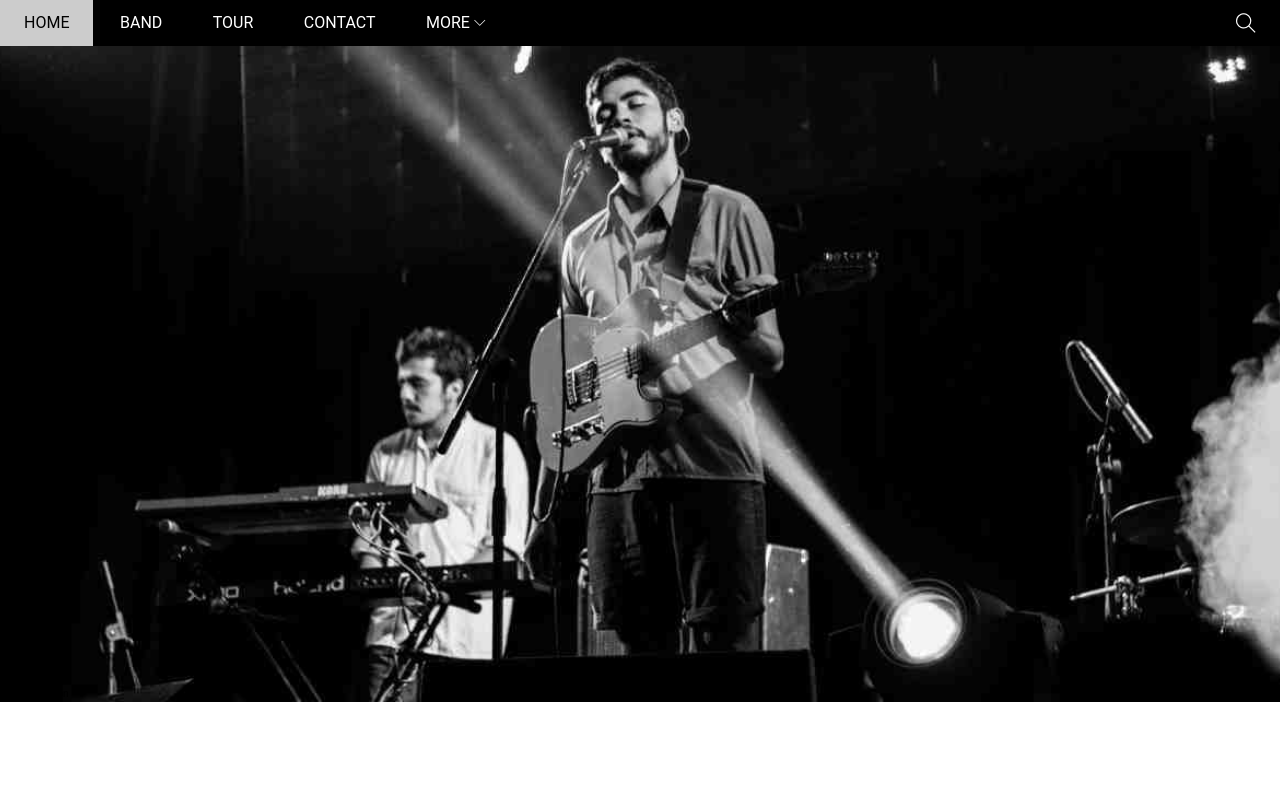
Repository: vuongld315/myLandingPage
Page: index.html
These files come from the project's save history. The page is drawn as it stood at one moment and after the next save; the edit follows.
The browser window is 1280 px wide. The pictures show the whole page.

Above is the page before, as saved 2022-07-22 12:55:31.

### index.html
<!DOCTYPE html>
<html lang="en">
<head>
    <meta charset="UTF-8">
    <meta http-equiv="X-UA-Compatible" content="IE=edge">
    <meta name="viewport" content="width=device-width, initial-scale=1.0">
    <title>Document</title>
    <link rel="stylesheet" href="./assets/css/main.css">
    <link rel="stylesheet" href="./assets/css/base.css">
    <link rel="stylesheet" href="./assets/fonts/themify-icons/themify-icons.css">
</head>
<body>
    <div id="main">
        <div id="header">
            <div id="nav">
                <ul>
                    <li><a href="">Home</a></li>
                    <li><a href="">Band</a></li>
                    <li><a href="">Tour</a></li>
                    <li><a href="">Contact</a></li>
                    <li>
                        <a href="#">
                            More
                            <i class="nav-arrow-down ti-angle-down"></i>
                        </a>
                        <ul class="subnav">
                            <li><a href="">Merchadise</a></li>
                            <li><a href="">Extras</a></li>
                            <li><a href="">Media</a></li>
                        </ul>
                    </li>
                </ul>
            </div>
            <div class="search-btn">
                <i class="search-icon ti-search"></i>
            </div>
        </div>

        <div id="slider">
            <div class="text-content">
                <div class="text-heading"></div>
                .text-desciption
            </div>
        </div>

        <div id="content">

        </div>

        <div id="footer">

        </div>
    </div>
</body>
</html>

### assets/css/main.css
*   {
    box-sizing: inherit;
}

body    {
    padding-bottom:100px ;
}

html    {
    font-size: 62.5%;
    line-height: 1.6rem;
    font-family: 'Roboto', sans-serif;
    box-sizing: border-box;
}

.gird   {
    width: 1200px;
    max-width: 100%;
    margin: 0 auto;
}

.gird__full-width   {
    width: 100%;
}

.gird__row  {
    display: flex;
    flex-wrap: wrap;
}

body    {
    margin: 0;
    padding: 0;
}

#header {
    height: 46px;
    background-color: #000;
    display: flex;
    align-items: center;
    justify-content: space-between;
    position: fixed;
    top: 0;
    right: 0;
    left: 0;
}

#nav ul {
    padding: 0;
}

#nav li {
    display: inline-block;
    position: relative;
}

#nav > ul > li > a   {
    color: #fff;
    text-transform: uppercase;
    padding: 0 24px;
    line-height: 46px;
}

#nav li a   {
    text-decoration: none;
    font-size: 1.6rem;
    display: inline-block;

}

#nav .subnav li:hover,
#nav > ul > li:hover > a {
    color:#000;
    background-color: #ccc;

}

#nav > ul > li:hover .subnav    {
    display: block;
}

#nav .subnav    {
    display: none;
    position: absolute;
    background-color: #fff;
    width: 160px;
    box-shadow: 0 0 10px rgba(0 ,0 ,0 , .3);
}

#nav .subnav li {
    width: 100%;
    list-style: none;
    padding: 12px;

}

#nav .subnav a  {
    color: #000;
    font-size: 1.4rem;
}

.nav-arrow-down {
    font-size: 1.2rem;
}

#header .search-btn {
    font-size: 20px;
    color: #fff;
    padding: 13px 24px;
    height: 100%;
}

#header .search-btn:hover   {
    background-color: #f44336;
    cursor: pointer;
}

#slider {
    margin-top: 46px;
    padding-top: 50%;
    background: url('/assets/img/slider1.jpg') top center / cover no-repeat;
}

#content {

}

#footer {

}

### assets/css/base.css
*   {
    box-sizing: inherit;
}

body    {
    padding-bottom:100px ;
}

html    {
    font-size: 62.5%;
    line-height: 1.6rem;
    font-family: 'Roboto', sans-serif;
    box-sizing: border-box;
}

.gird   {
    width: 1200px;
    max-width: 100%;
    margin: 0 auto;
}

.gird__full-width   {
    width: 100%;
}

.gird__row  {
    display: flex;
    flex-wrap: wrap;
}

Loaded but not shown: assets/fonts/themify-icons/themify-icons.css (common file)

After the next save:
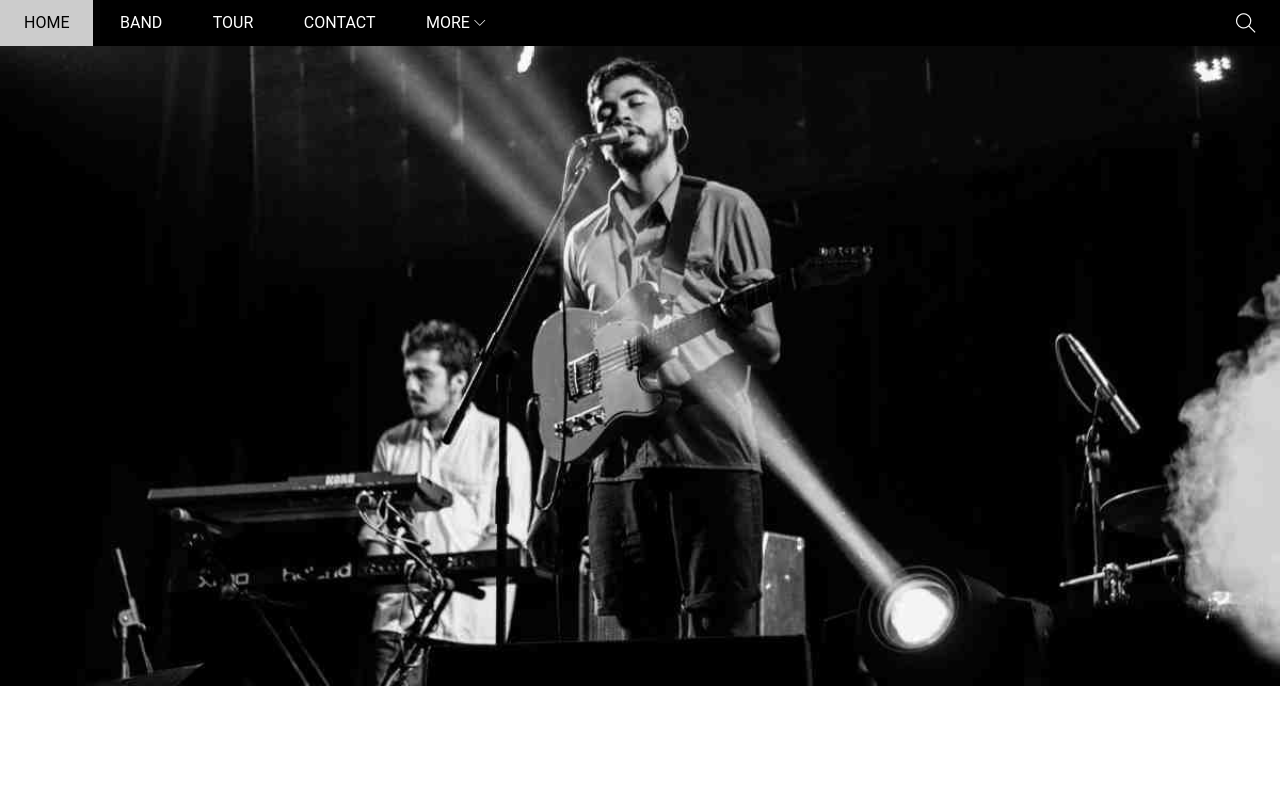
Saved 19 s later.
--- a/index.html
+++ b/index.html
@@ -39,7 +39,7 @@
         <div id="slider">
             <div class="text-content">
                 <div class="text-heading"></div>
-                .text-desciption
+
             </div>
         </div>
 
